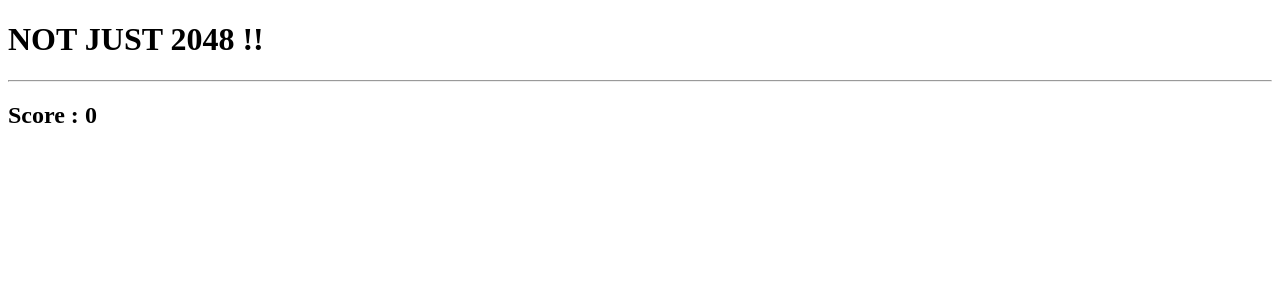
Repository: Prathamyadav1123/2048Game
Page: NotJust2048-main/2048.html
These files come from the project's save history. The page is drawn as it stood at one moment and after a run of saves; the edit follows.
The browser window is 1280 px wide. The pictures show the whole page.

Above is the page before, as saved 2023-05-31 19:36:04.

### NotJust2048-main/2048.html
<!DOCTYPE html>
<html>
    <head>
        <title>
            2048 game
        </title>
        <link rel= "stylesheet" href="2048.css"/>
        <script src= "2048.js"></script>
    </head>
    <body>
        <h1> NOT JUST 2048 !! </h1>
        <hr>
        <h2> Score : <span id="score"> 0 </span></h2>
    </body>
</html>

### NotJust2048-main/2048.css
body{
    font-family: ;
}

Loaded but not shown: NotJust2048-main/2048.js (no copy from this time; the picture is the same without it)

After the next 3 saves:
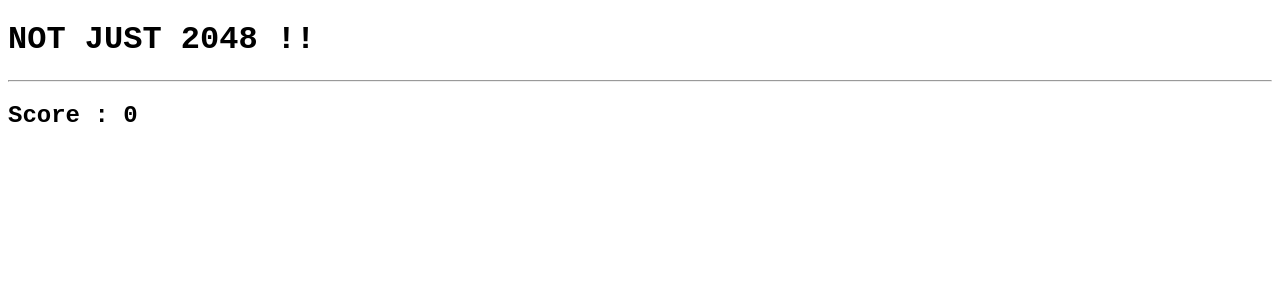
The 3 saves are shown as one change because they came seconds apart.
The last was saved 7 s later.
--- a/NotJust2048-main/2048.css
+++ b/NotJust2048-main/2048.css
@@ -1,3 +1,4 @@
 body{
-    font-family: ;
+    font-family: 'Courier New', Courier, monospace;
+    al
 }
